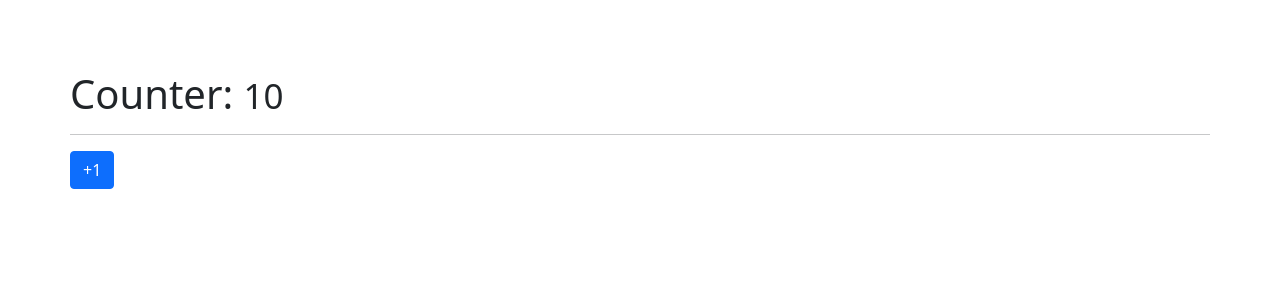
Repository: ppfeliuu/hooks-app
Page: /
These files come from the project's save history. The page is drawn as it stood at one moment and after the next save; the edit follows.
The browser window is 1280 px wide. The pictures show the whole page.
The project was rebuilt for these pictures with package versions that can differ from the ones it lists, and the page was loaded fresh each time.

Above is the page before, as saved 2021-05-29 23:12:13.

### public/index.html
<!DOCTYPE html>
<html lang="en">
  <head>
    <meta charset="utf-8" />
    <link rel="icon" href="%PUBLIC_URL%/favicon.ico" />
    <meta name="viewport" content="width=device-width, initial-scale=1" />
    <meta name="theme-color" content="#000000" />
    <meta
      name="description"
      content="Web site created using create-react-app"
    />
    <link rel="apple-touch-icon" href="%PUBLIC_URL%/logo192.png" />
    <!--
      manifest.json provides metadata used when your web app is installed on a
      user's mobile device or desktop. See https://developers.google.com/web/fundamentals/web-app-manifest/
    -->
    <link rel="manifest" href="%PUBLIC_URL%/manifest.json" />
    <!--
      Notice the use of %PUBLIC_URL% in the tags above.
      It will be replaced with the URL of the `public` folder during the build.
      Only files inside the `public` folder can be referenced from the HTML.

      Unlike "/favicon.ico" or "favicon.ico", "%PUBLIC_URL%/favicon.ico" will
      work correctly both with client-side routing and a non-root public URL.
      Learn how to configure a non-root public URL by running `npm run build`.
    -->
    <link
      href="https://cdn.jsdelivr.net/npm/bootstrap@5.0.1/dist/css/bootstrap.min.css"
      rel="stylesheet"
      integrity="sha384-+0n0xVW2eSR5OomGNYDnhzAbDsOXxcvSN1TPprVMTNDbiYZCxYbOOl7+AMvyTG2x"
      crossorigin="anonymous"
    />
    <title>Hooks App</title>
  </head>
  <body>
    <noscript>You need to enable JavaScript to run this app.</noscript>
    <div id="root"></div>
    <!--
      This HTML file is a template.
      If you open it directly in the browser, you will see an empty page.

      You can add webfonts, meta tags, or analytics to this file.
      The build step will place the bundled scripts into the <body> tag.

      To begin the development, run `npm start` or `yarn start`.
      To create a production bundle, use `npm run build` or `yarn build`.
    -->
  </body>
</html>

### src/index.js
import React from "react";
import ReactDOM from "react-dom";
// import { CounterApp } from "./components/01-useState/CounterApp";
// import { CounterWithCustomHook } from "./components/01-useState/CounterWithCustomHook";
// import { FormWithCustomHook } from "./components/02-useEffect/FormWithCustomHook";
// import { SimpleForm } from "./components/02-useEffect/SimpleForm";
// import { FocusScreen } from "./components/04-useRef/FocusScreen";
// import { RealExampleRef } from "./components/04-useRef/RealExampleRef";
// import { LayoutEffects } from "./components/05-useLayoutEffect/LayoutEffect";
// import { MultipleCustomHooks } from "./components/examples/MultipleCustomHooks";
// import { HookApp } from "./HookApp";
import { Memorize } from "./components/06-memos/Memorize";

ReactDOM.render(<Memorize />, document.getElementById("root"));

### src/components/06-memos/Memorize.js
import React from "react";
import { useCounter } from "../../hooks/useCounter";
import "../02-useEffect/effects.css";

export const Memorize = () => {
  const { counter, increment } = useCounter(10);

  return (
    <div>
      <h1>
        Counter: <small>{counter}</small>
      </h1>
      <hr />

      <button className="btn btn-primary" onClick={increment}>
        +1
      </button>
    </div>
  );
};

### src/hooks/useCounter.js
import { useState } from "react";

export const useCounter = (initialState = 1) => {
  const [counter, setCounter] = useState(initialState);

  const increment = () => {
    setCounter(counter + 1);
  };

  const decrement = () => {
    setCounter(counter - 1);
  };

  const reset = () => {
    setCounter(initialState);
  };

  return {
    counter,
    increment,
    decrement,
    reset,
  };
};

### src/components/06-memos/Small.js
import React from "react";

export const Small = ({ value }) => {
  return <div>{value}</div>;
};

Loaded but not shown: src/components/02-useEffect/effects.css (common file)

After the next save:
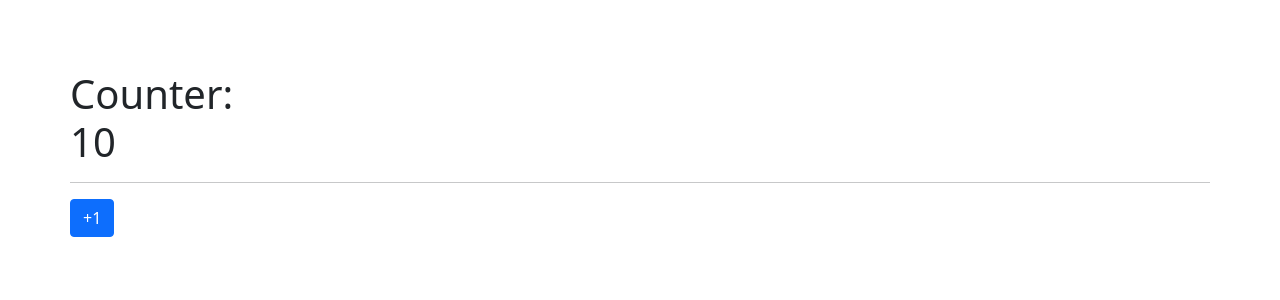
Saved 26 s later.
--- a/src/components/06-memos/Memorize.js
+++ b/src/components/06-memos/Memorize.js
@@ -1,6 +1,7 @@
 import React from "react";
 import { useCounter } from "../../hooks/useCounter";
 import "../02-useEffect/effects.css";
+import { Small } from "./Small";
 
 export const Memorize = () => {
   const { counter, increment } = useCounter(10);
@@ -8,7 +9,7 @@ export const Memorize = () => {
   return (
     <div>
       <h1>
-        Counter: <small>{counter}</small>
+        Counter: <Small value={counter} />
       </h1>
       <hr />
 

After the save that followed:
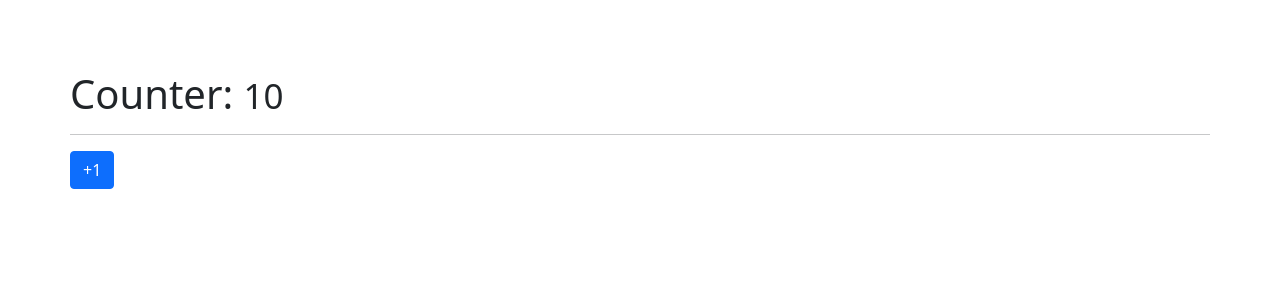
Saved 25 s later.
--- a/src/components/06-memos/Small.js
+++ b/src/components/06-memos/Small.js
@@ -1,5 +1,5 @@
 import React from "react";
 
 export const Small = ({ value }) => {
-  return <div>{value}</div>;
+  return <small>{value}</small>;
 };
